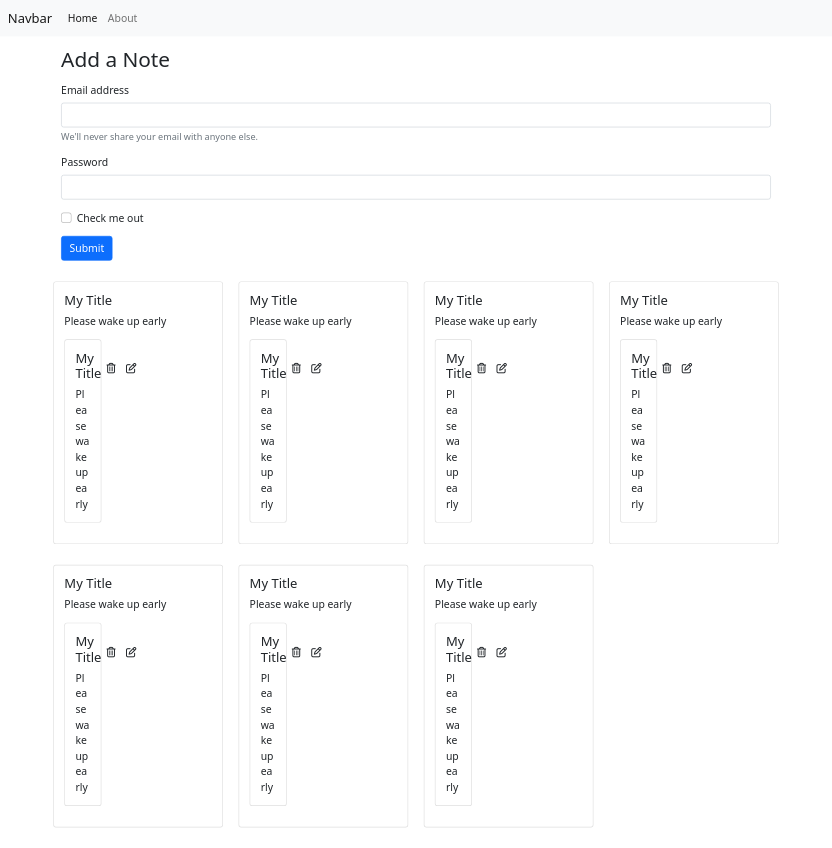
Repository: Asad-devv/inotebook-mern
Page: /
The author's editor kept a copy of each file at every save. The page is drawn from the files as they stood at one save, then again after a run of saves.
The browser window is 1280 px wide. The pictures show the whole page, at 65% of full size.
Some web libraries are served in a nearby version. The project was rebuilt for these pictures with package versions that can differ from the ones it lists, and the page was loaded fresh each time. Also part of the build but not shown: vite.config.js, src/components/About.jsx.

Above is the page before, as saved 2023-04-14 00:44:45.

After the next 2 saves:
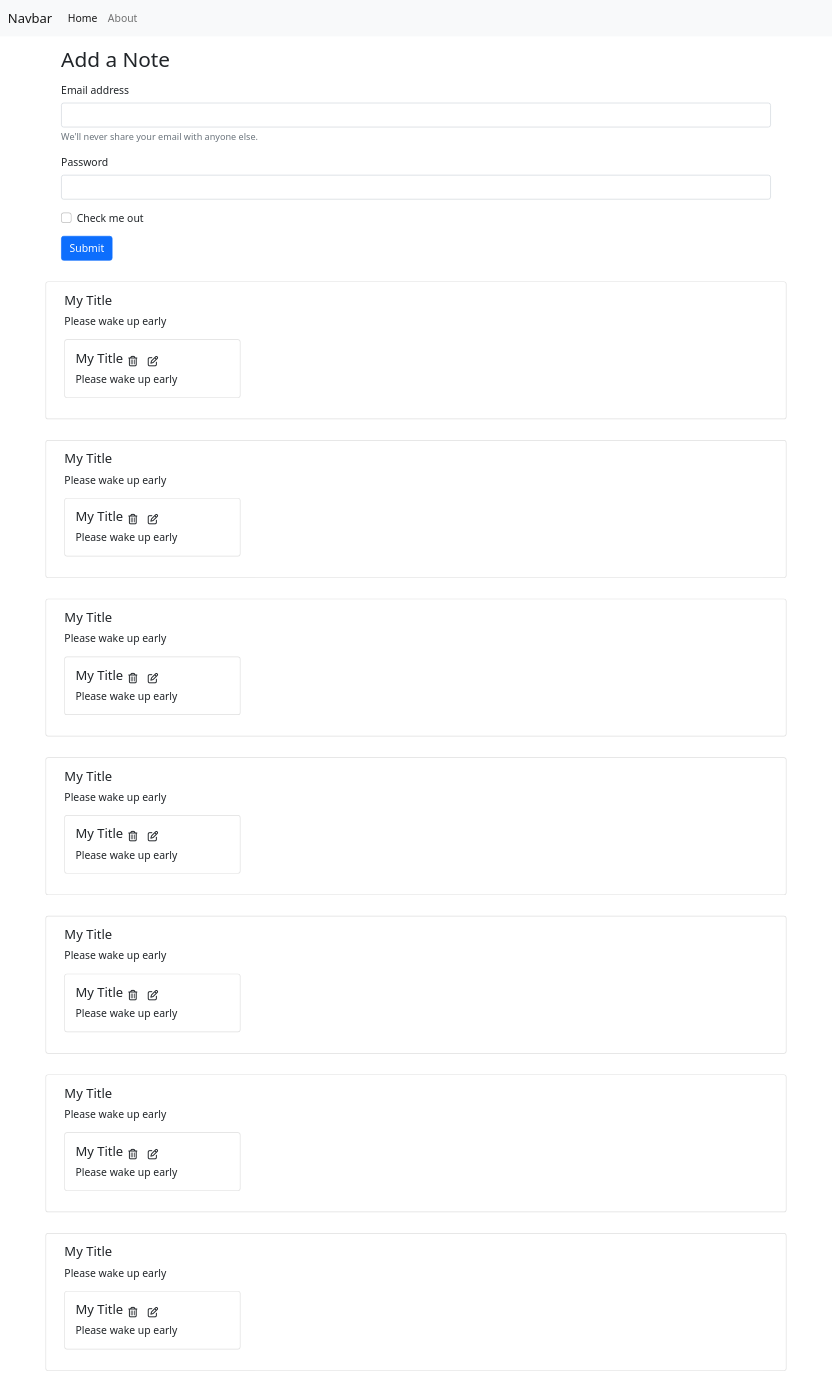
The 2 saves are shown as one change because 1 did not build or start.
The last was saved 91 s later.
--- a/src/components/Notes.jsx
+++ b/src/components/Notes.jsx
@@ -6,7 +6,7 @@
 
 const NoteItem = ({title,description,tag})=>{
     return(
-        <div className="col-md-3">
+        // <div className="col-md-3">
         <div class="card my-3">
             <div class ="card-body">
             <h5 class ="card-title">{title}</h5>
@@ -23,7 +23,7 @@
             </div>
         </div></div>
         </div>
-        </div>
+
     </div>
     )
 }

After the save that followed:
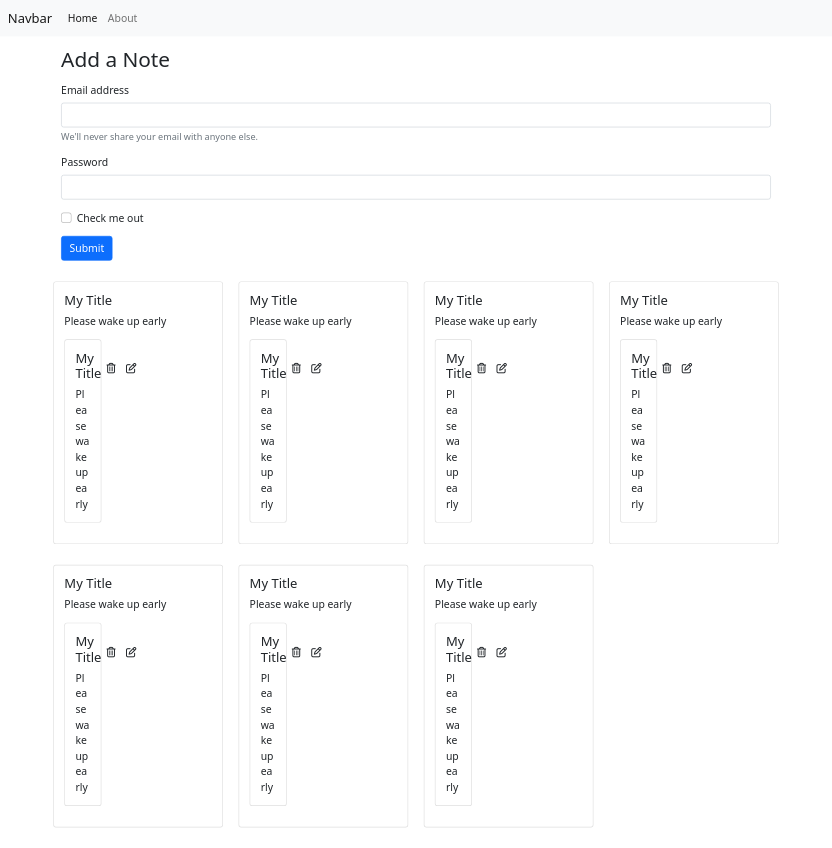
Saved 5 s later.
--- a/src/components/Notes.jsx
+++ b/src/components/Notes.jsx
@@ -6,7 +6,7 @@
 
 const NoteItem = ({title,description,tag})=>{
     return(
-        // <div className="col-md-3">
+        <div className="col-md-3">
         <div class="card my-3">
             <div class ="card-body">
             <h5 class ="card-title">{title}</h5>
@@ -23,7 +23,7 @@
             </div>
         </div></div>
         </div>
-
+        </div>
     </div>
     )
 }
